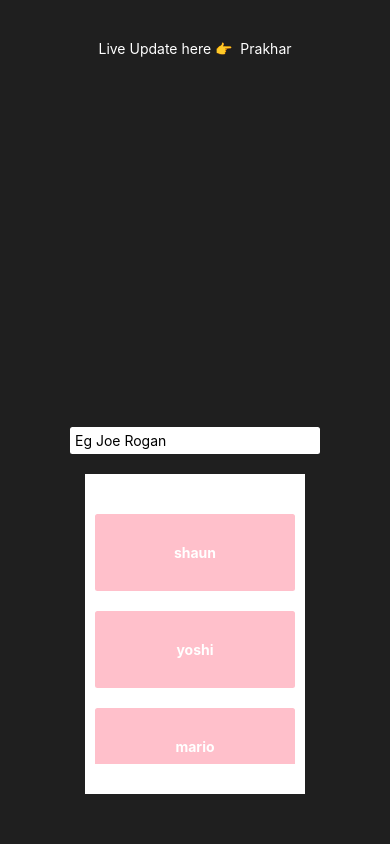
Repository: PrakharGupta36/TodoApp-React-Native
Screen: /
The author's editor kept a copy of each file at every save. The screen is drawn from the files as they stood at one save, then again after the next save.
An inner scrolling area shows only its first screen. The app was drawn by React Native's web renderer in a window 390 px wide. The project was rebuilt for these pictures with package versions that can differ from the ones it lists, and the page was loaded fresh each time.

Above is the screen before, as saved 2022-03-16 12:11:51.

### App.js
import {
  StyleSheet,
  Text,
  View,
  StatusBar,
  Button,
  TextInput,
  ScrollView,
  FlatList,
} from "react-native";
import { React, useState, useEffect } from "react";

export default function App() {
  const [name, setName] = useState(" Prakhar");
  const [people, setPeople] = useState([
    { name: "shaun", id: "1" },
    { name: "yoshi", id: "2" },
    { name: "mario", id: "3" },
    { name: "luigi", id: "4" },
    { name: "peach", id: "5" },
    { name: "toad", id: "6" },
    { name: "bowser", id: "7" },
  ]);

  return (
    <View style={styles.container}>
      <Text style={styles.textWhite}> Live Update here 👉 {name} </Text>

      <View style={styles.buttonContainer}>

      </View>
      <TextInput
        style={styles.input}
        placeholder='Eg Joe Rogan'
        onChangeText={(e) => setName(e)}
      />
      <View style={styles.buttonContainer}>
        <FlatList
          data={people}
          renderItem={({ item }) => {
            return <Text style={styles.text}> {item.name} </Text>;
          }}
        />
      </View>
      <StatusBar style='auto' />
    </View>
  );
}

const styles = StyleSheet.create({
  container: {
    flex: 1,
    backgroundColor: "#fff",
    alignItems: "center",
    justifyContent: "center",
    backgroundColor: "#1f1f1f",
    paddingTop: 30,
    paddingBottom: 30,
  },
  text: {
    color: "white",
    backgroundColor: "pink",
    padding: 30,
    width: 200,
    fontWeight: "bold",
    textAlign: "center",
    margin: 10,
    borderRadius: 2.5,
  },
  textWhite: {
    color: "white",
    margin: 10,
  },
  buttonContainer: {
    flex: 1,
    backgroundColor: "#fff",
    alignItems: "center",
    paddingTop: 30,
    paddingBottom: 30,
    margin: 20,
  },
  input: {
    backgroundColor: "white",
    borderRadius: 2.5,
    padding: 5,
    color: "black",
    width: 250,
  },
});

After the next save:
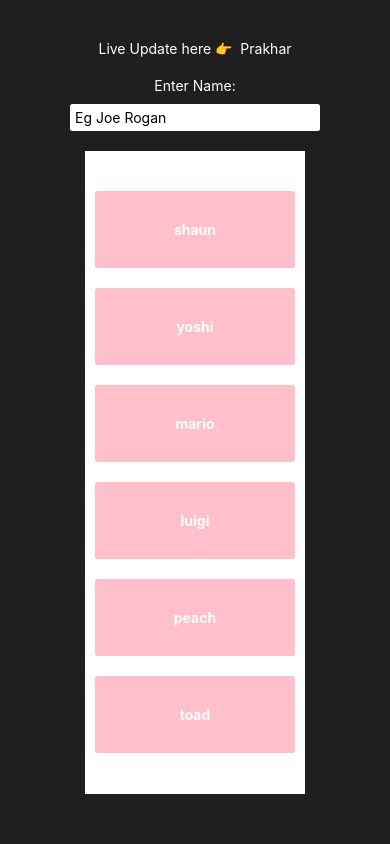
Saved 4 s later.
--- a/App.js
+++ b/App.js
@@ -26,9 +26,7 @@
     <View style={styles.container}>
       <Text style={styles.textWhite}> Live Update here 👉 {name} </Text>
 
-      <View style={styles.buttonContainer}>
-
-      </View>
+      <Text style={styles.textWhite}> Enter Name: </Text>
       <TextInput
         style={styles.input}
         placeholder='Eg Joe Rogan'
